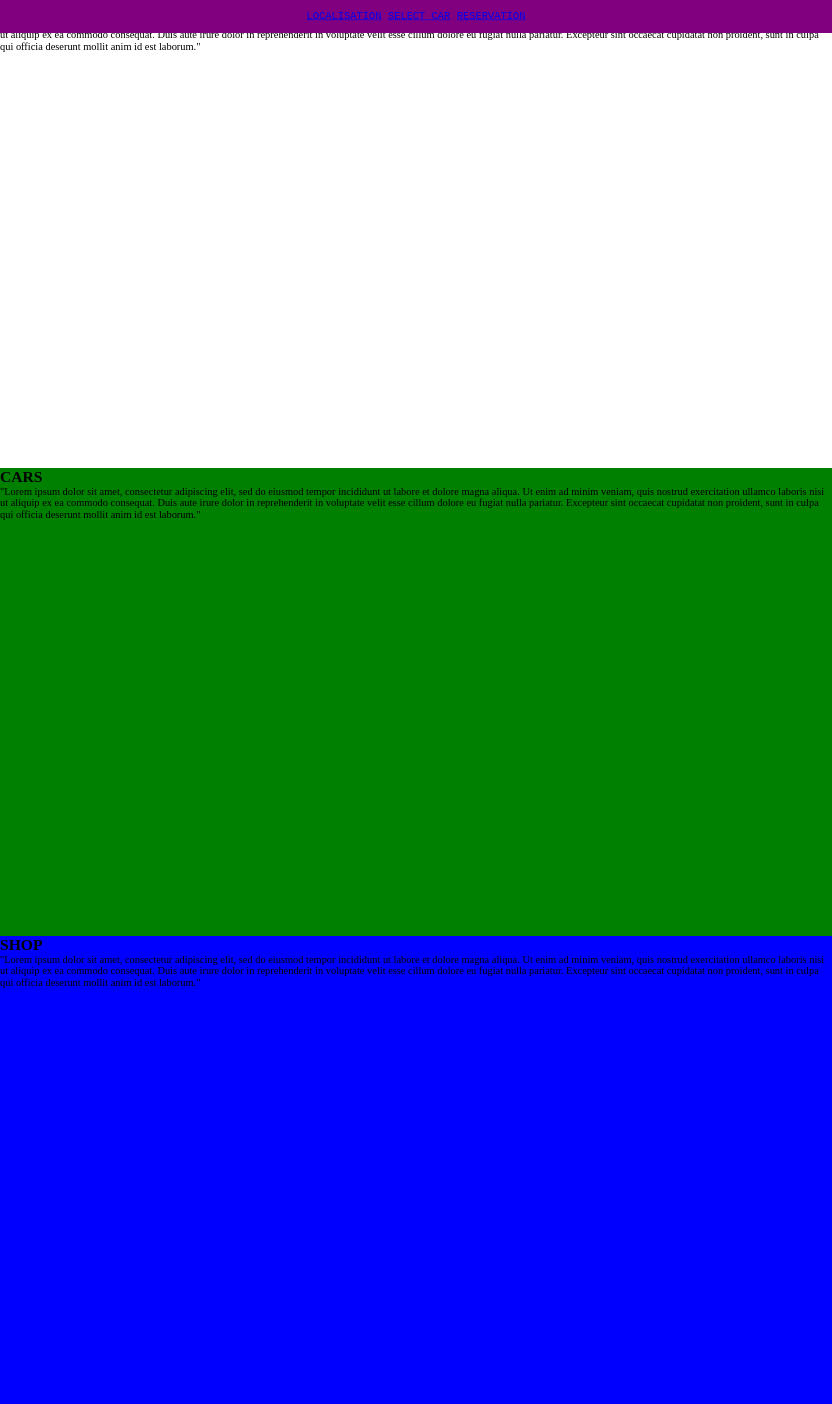
Repository: romgrm/jenaipasdevoiture
Page: src/main/java/fr/romgrm/index.html
An editor plug-in stored every save of this project. The page is shown before and after the next save, followed by the edit.
The browser window is 1280 px wide. The pictures show the whole page, at 65% of full size.

Above is the page before, as saved 2020-10-15 18:14:09.

After the next save:
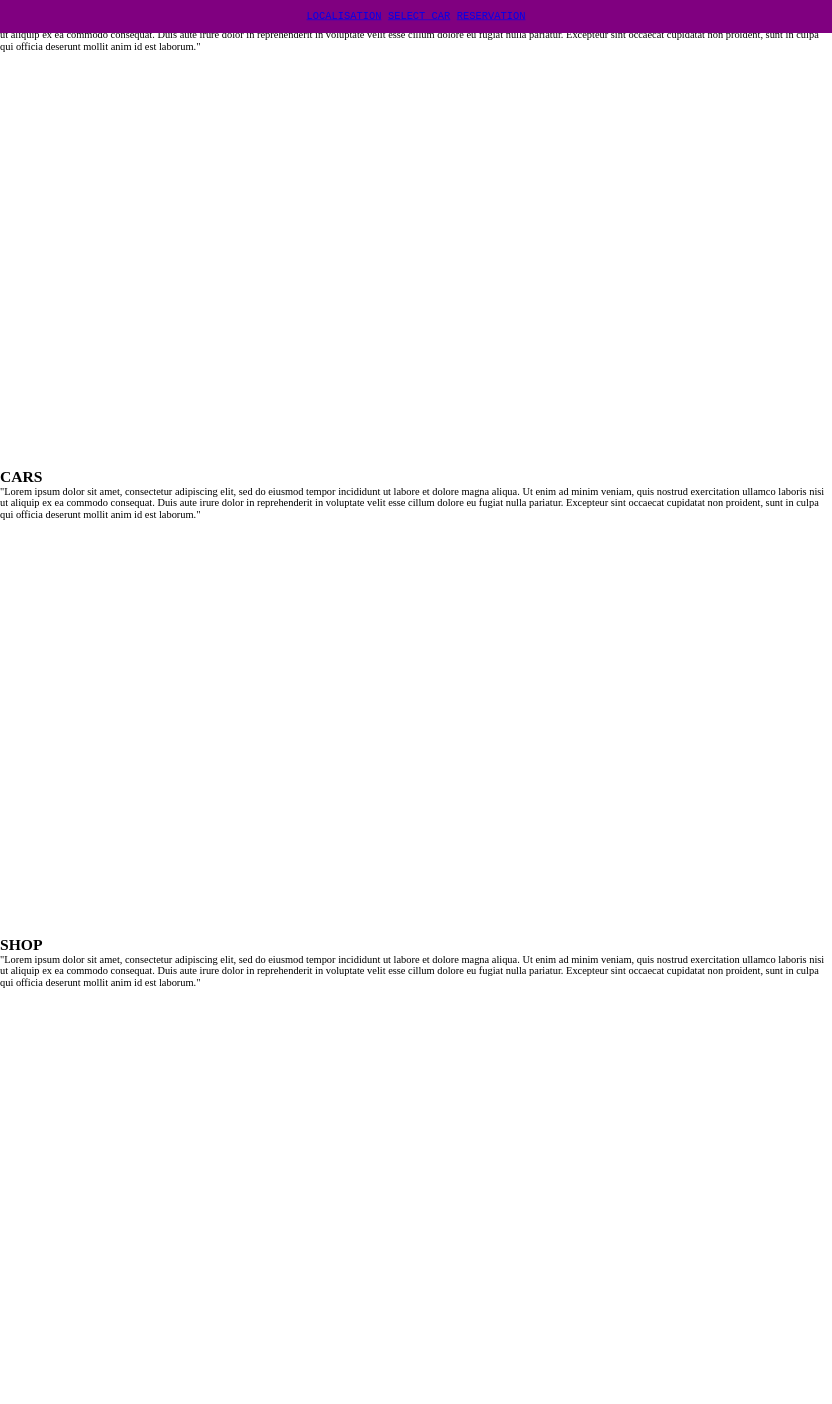
Saved 69 s later.
--- a/src/main/java/fr/romgrm/style.css
+++ b/src/main/java/fr/romgrm/style.css
@@ -40,7 +40,7 @@ body{
 }
 
 
-#Section{
+Section{
     display: flex;
     flex-direction: column;
     width: 100%;
@@ -53,10 +53,10 @@ body{
     padding: 0;
 }
 
-.SELECTCAR{
+#SELECTCAR{
     background-color: green;
 }
 
-.RECAPITULATE{
+#RECAPITULATE{
     background-color: blue;
 }
